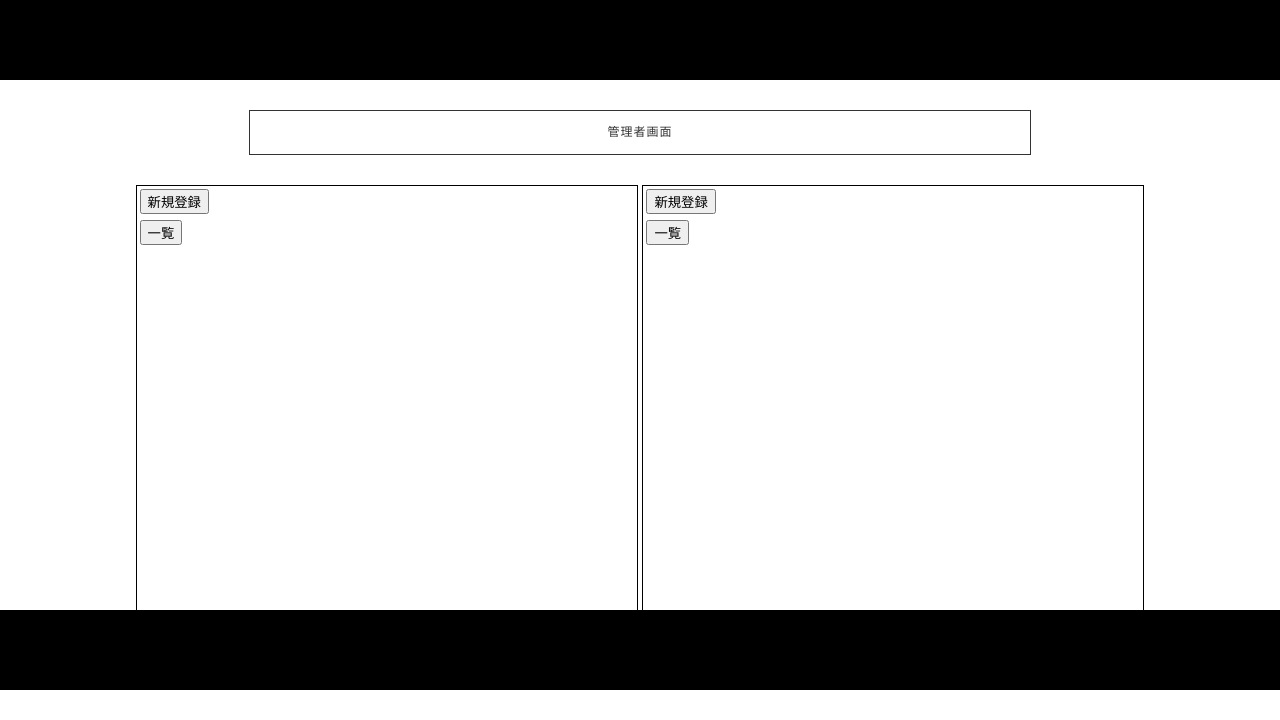
Repository: hiraide8/test
Page: http://localhost/ecsite/admin.jsp
These files come from the project's save history. The page is drawn as it stood at one moment and after the next save; the edit follows.
The browser window is 1280 px wide. The pictures show the whole page.
The page is served by Tomcat 9.

Above is the page before, as saved 2019-01-23 10:57:39.

After the next save:
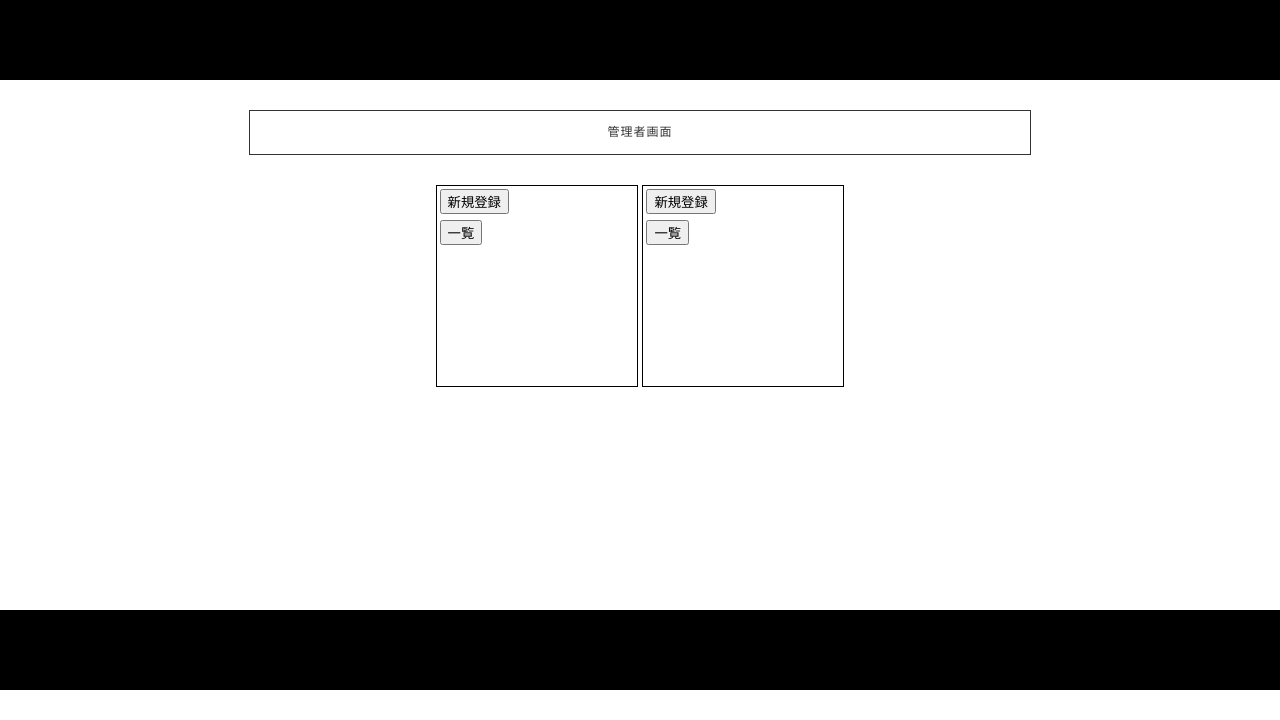
Saved 30 s later.
--- a/ecsite/WebContent/admin.jsp
+++ b/ecsite/WebContent/admin.jsp
@@ -50,8 +50,8 @@
                   margin:0 auto;
                   text-align:center;
                   display:inline-block;
-                  width:500px;
-                  height:500px;
+                  width:200px;
+                  height:200px;
                   border:1px solid black;
                 }
        </style>
